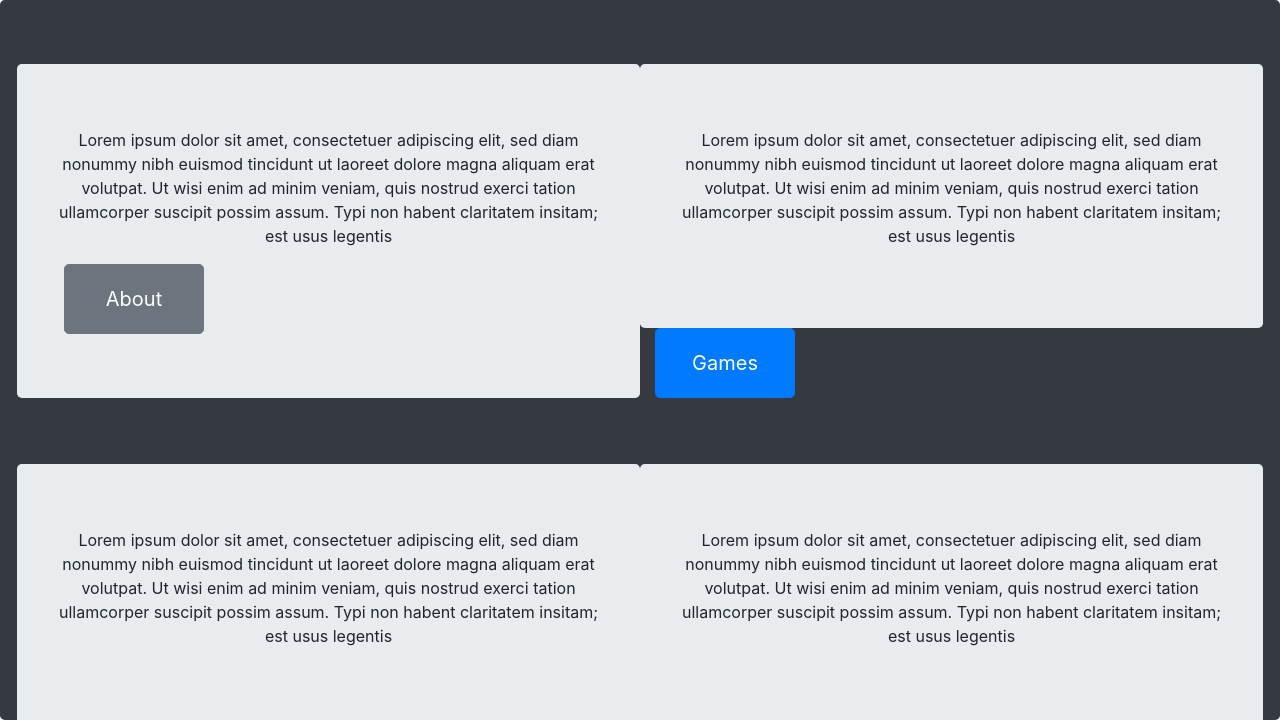
Repository: Kamicoda/Noteblock
Page: index.html
The author's editor kept a record of every edit. The page is drawn from the files as they stood at one moment, then again after the next edit.
The browser window is 1280 px wide. The pictures show the whole page.
Some web libraries are served in a nearby version.

Above is the page before.

### index.html
<!DOCTYPE html>
<html lang="en">

<head>
    <meta charset="UTF-8">
    <meta name="viewport" content="width=device-width, initial-scale=1.0">
    <meta http-equiv="X-UA-Compatible" content="ie=edge">
    <title>Document</title>

    <!--Jquery-->
    <script src="https://code.jquery.com/jquery-3.4.1.min.js" integrity="sha256-CSXorXvZcTkaix6Yvo6HppcZGetbYMGWSFlBw8HfCJo=" crossorigin="anonymous"></script>

    <!--Bootstrap-->
    <link rel="stylesheet" href="https://maxcdn.bootstrapcdn.com/bootstrap/4.2.1/css/bootstrap.min.css" type="text/css" />
    <link rel="stylesheet" href="https://cdnjs.cloudflare.com/ajax/libs/hover.css/2.3.1/css/hover-min.css" type="text/css" />
    <!--Css-->
    <link rel="stylesheet" href="assets/style/style.css" type="text/css" />
    <!--d3,dc,Queue-->
    <!-- <script type="text/javascript" src="static/js/d3.min.js"></script>
    <script type="text/javascript" src="static/js/crossfilter.min.js"></script>
    <script type="text/javascript" src="static/js/dc.min.js"></script>
    <script type="text/javascript" src="static/js/queue.min.js"></script> -->
    <!--Api's-->
    <!--Scripts-->
    <script src="https://kit.fontawesome.com/06adabaaa3.js"></script>
    <script type="text/javascript" src="assets/js/script1.js"></script>
</head>

<body>

    <!--navigation-->
    <div class="jumbotron bg-dark position-fixed w-100 h-100">
        <div class="mainmenu">

            <div class="row navtoprow">

                <div class="col about">
                    <div class="container cabout">
                        <div class="jumbotron">
                            <div class="row">
                                <div class="col">
                                    <p>Lorem ipsum dolor sit amet, consectetuer adipiscing elit, sed diam nonummy nibh euismod tincidunt ut laoreet dolore magna aliquam erat volutpat. Ut wisi enim ad minim veniam, quis nostrud exerci tation ullamcorper suscipit
                                        possim assum. Typi non habent claritatem insitam; est usus legentis
                                    </p>
                                    <div class="col align-bottom right">
                                        <button type="button" class="btn btn-secondary btn-lg babout content-end ">About</button>
                                    </div>
                                </div>
                            </div>
                        </div>
                    </div>
                </div>

                <div class="col-6 games">
                    <div class="container cgames">
                        <div class="jumbotron">
                            <div class="row">
                                <div class="col">
                                    <p>Lorem ipsum dolor sit amet, consectetuer adipiscing elit, sed diam nonummy nibh euismod tincidunt ut laoreet dolore magna aliquam erat volutpat. Ut wisi enim ad minim veniam, quis nostrud exerci tation ullamcorper suscipit
                                        possim assum. Typi non habent claritatem insitam; est usus legentis
                                    </p>
                                </div>

                            </div>

                        </div>

                        <div class="col">
                            <button type="button" class="btn btn-primary btn-lg bgames ">Games</button>
                        </div>
                    </div>
                </div>
            </div>

            <div class="row navbottomrow">

                <div class="col-6 notes">
                    <div class="container cnotes ">
                        <div class="jumbotron">
                            <div class="row">
                                <div class="col">
                                    <p>Lorem ipsum dolor sit amet, consectetuer adipiscing elit, sed diam nonummy nibh euismod tincidunt ut laoreet dolore magna aliquam erat volutpat. Ut wisi enim ad minim veniam, quis nostrud exerci tation ullamcorper suscipit
                                        possim assum. Typi non habent claritatem insitam; est usus legentis
                                    </p>
                                </div>
                            </div>
                        </div>

                        <div class="col">
                            <button type="button" class="btn btn-primary btn-lg bnotes justify-content-end ">Notes</button>
                        </div>
                    </div>
                </div>

                <div class="col-6 links">
                    <div class="container clinks align-top">
                        <div class="jumbotron">
                            <div class="row">
                                <div class="col">
                                    <p>Lorem ipsum dolor sit amet, consectetuer adipiscing elit, sed diam nonummy nibh euismod tincidunt ut laoreet dolore magna aliquam erat volutpat. Ut wisi enim ad minim veniam, quis nostrud exerci tation ullamcorper suscipit
                                        possim assum. Typi non habent claritatem insitam; est usus legentis
                                    </p>
                                </div>
                            </div>
                        </div>

                        <div class="col">
                            <button type="button" class="btn btn-secondary btn-lg blinks ">Links</button>
                        </div>
                    </div>
                </div>
            </div>
        </div>

    </div>

</body>
<footer>

</footer>

</html>

### assets/style/style.css
/* Palette URL: http://paletton.com/#uid=a3K0o0k6J95irOtlmmkmW6wBrbb */

/* Feel free to copy&paste color codes to your application */

/* As RGBa codes */

.rgba-primary-0 {
    color: rgba( 39, 42, 48, 1)
}

/* Main Primary color */

.rgba-primary-1 {
    color: rgba(107, 144, 222, 1)
}

.rgba-primary-2 {
    color: rgba( 48, 70, 119, 1)
}

.rgba-primary-3 {
    color: rgba( 12, 19, 35, 1)
}

.rgba-primary-4 {
    color: rgba( 5, 22, 59, 1)
}

.rgba-complement-0 {
    color: rgba( 72, 63, 57, 1)
}

/* Main Complement color */

.rgba-complement-1 {
    color: rgba(255, 166, 108, 1)
}

.rgba-complement-2 {
    color: rgba(178, 106, 59, 1)
}

.rgba-complement-3 {
    color: rgba( 52, 29, 15, 1)
}

.rgba-complement-4 {
    color: rgba( 89, 35, 0, 1)
}



/* Generated by Paletton.com © 2002-2014 */

/* http://paletton.com */

/*Colors*/

.bg-dark {
    background-color: rgb(39, 42, 48);
}

.bg-light {
    background-color: rgb(107, 144, 222);
}

/*background*/

.jumbotron {
    margin: 0;
    width: 100%;
}

.mainmenu {
    text-align: center;
    border-width: 500;
    border-height: 300;
    height: auto;
}

.about {
    padding: 0;
}

.games {
    padding: 0;
}

.notes {
    padding: 0;
}

.links {
    padding: 0;
}
.cabout {
    height: 400px;
    width: 100%;
    padding: 0;
}
.cgames {
    height: 400px;
    width: 100%;
    padding: 0;
}
.cnotes {
    height: 400px;
    width: 100%;
    padding: 0;
}
.clinks {
    height: 400px;
    width: 100%;
    padding: 0;
}
/*navigation*/

.buttons {
    margin-left: 500px;
    margin-top: 300px;
}

.babout {
    display: block;
    width: 140px;
    height: 70px;
}

.bgames {
    display: block;
    width: 140px;
    height: 70px;
}

.bnotes {
    display: block;
    width: 140px;
    height: 70px;
    margin-left:70%;
}

.blinks {
    display: block;
    width: 140px;
    height: 70px;
}

Loaded but not shown: assets/js/script1.js (no copy from this time; the picture is the same without it)

After the next edit:
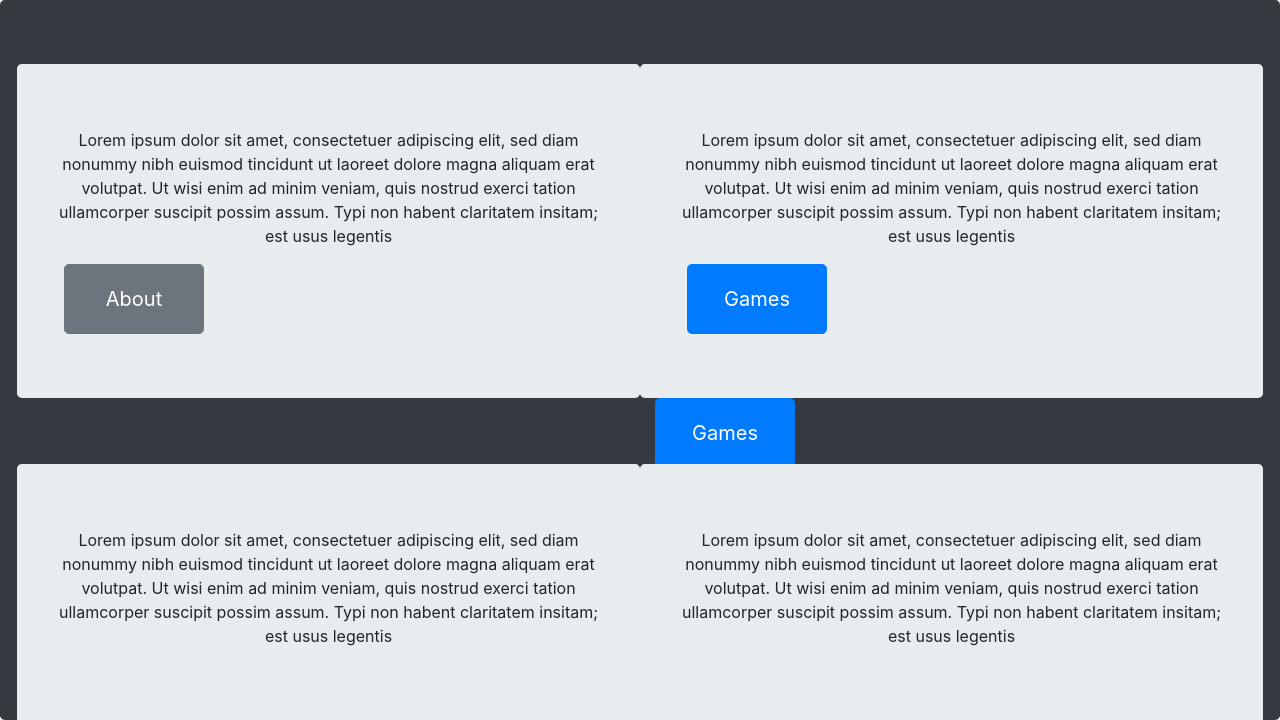
The edit:
--- a/index.html
+++ b/index.html
@@ -59,6 +59,9 @@
                                     <p>Lorem ipsum dolor sit amet, consectetuer adipiscing elit, sed diam nonummy nibh euismod tincidunt ut laoreet dolore magna aliquam erat volutpat. Ut wisi enim ad minim veniam, quis nostrud exerci tation ullamcorper suscipit
                                         possim assum. Typi non habent claritatem insitam; est usus legentis
                                     </p>
+                                    <div class="col">
+                                        <button type="button" class="btn btn-primary btn-lg bgames ">Games</button>
+                                    </div>
                                 </div>
 
                             </div>
